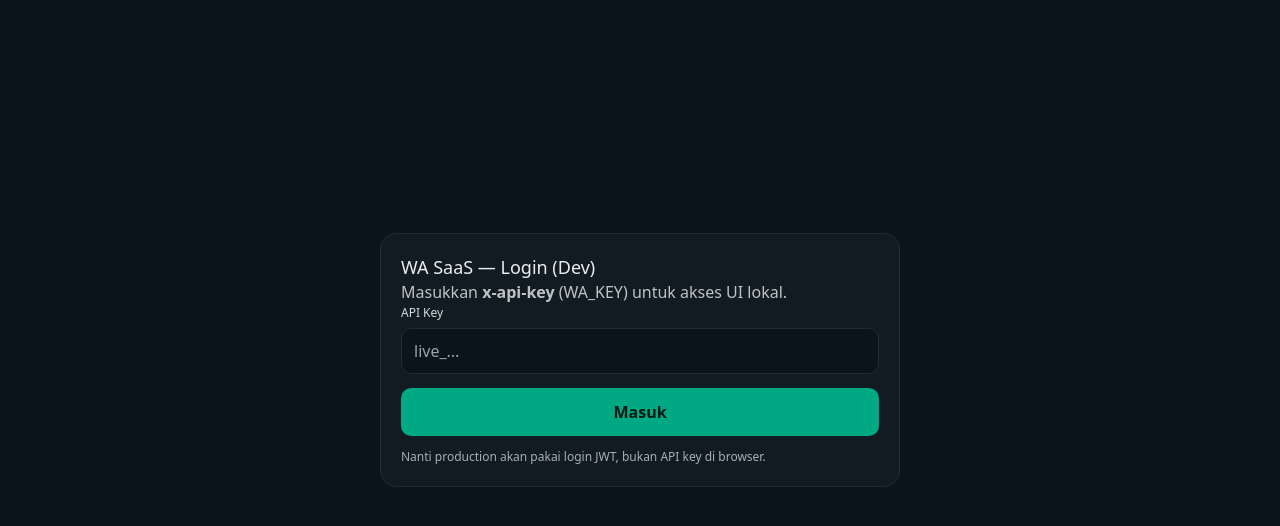
Repository: Radhityasofwan/wasaas
Page: / (app in apps/web/)
These files come from the project's save history. The page is drawn as it stood at one moment and after the next save; the edit follows.
The browser window is 1280 px wide. The pictures show the whole page.
The project was rebuilt for these pictures with package versions that can differ from the ones it lists, and the page was loaded fresh each time. Also part of the build but not shown: apps/web/vite.config.ts, apps/web/src/pages/Sessions.tsx, apps/web/src/pages/Inbox.tsx, apps/web/src/pages/Webhooks.tsx, apps/web/src/lib/fmt.ts, apps/web/src/pages/Broadcast.tsx, apps/web/src/pages/Leads.tsx, apps/web/src/pages/ApiKeys.tsx and 4 more.

Above is the page before, as saved 2026-02-23 22:36:32.

### apps/web/src/main.tsx
import ReactDOM from "react-dom/client";
import { BrowserRouter } from "react-router-dom";
import App from "./App";
import "./index.css";

ReactDOM.createRoot(document.getElementById("root")!).render(
  <BrowserRouter>
    <App />
  </BrowserRouter>
);

### apps/web/src/App.tsx
import { Link, Navigate, Route, Routes, useNavigate, useLocation } from "react-router-dom";
import Login from "./pages/Login";
import Sessions from "./pages/Sessions";
import Inbox from "./pages/Inbox";
import Webhooks from "./pages/Webhooks";
import Broadcast from "./pages/Broadcast";
import Leads from "./pages/Leads";
import ApiKeys from "./pages/ApiKeys";
import AutoReply from "./pages/AutoReply"; // IMPORT HALAMAN BARU
import Admin from "./pages/Admin";
import Docs from "./pages/Docs";
import { clearApiKey, getApiKey } from "./lib/api";

function RequireKey({ children }: { children: any }) {
  const key = getApiKey();
  if (!key) return <Navigate to="/login" replace />;
  return children;
}

function Shell({ children }: { children: any }) {
  const nav = useNavigate();
  const loc = useLocation();

  const menu = [
    { name: "Inbox", path: "/", icon: "💬" },
    { name: "Sessions", path: "/sessions", icon: "📱" },
    { name: "Broadcast", path: "/broadcast", icon: "📢" },
    { name: "Leads", path: "/leads", icon: "🎯" },
    { name: "Auto Reply", path: "/auto-reply", icon: "🤖" }, // MENU BARU
    { name: "API Keys", path: "/api-keys", icon: "🔑" },
    { name: "Webhooks", path: "/webhooks", icon: "⚡" },
    { name: "Admin", path: "/admin", icon: "⚙️" },
    { name: "API Docs", path: "/docs", icon: "📚" },
  ];

  // Liquid Glass iOS Aesthetic Wrapper
  return (
    <div className="min-h-screen w-full font-sans text-slate-800 bg-[#f4f7fb] relative overflow-hidden"
         style={{
           // Soft liquid mesh background (iOS modern bright aesthetic)
           backgroundImage: `
             radial-gradient(at 0% 0%, hsla(215,100%,92%,1) 0px, transparent 50%),
             radial-gradient(at 100% 0%, hsla(275,100%,92%,1) 0px, transparent 50%),
             radial-gradient(at 100% 100%, hsla(335,100%,92%,1) 0px, transparent 50%),
             radial-gradient(at 0% 100%, hsla(165,100%,92%,1) 0px, transparent 50%)
           `
         }}>

      {/* Abstract Blur Orbs for Liquid effect behind the glass */}
      <div className="absolute top-[-15%] left-[-5%] w-[30rem] h-[30rem] bg-blue-400/30 rounded-full mix-blend-multiply blur-[100px] pointer-events-none"></div>
      <div className="absolute top-[-10%] right-[-10%] w-[35rem] h-[35rem] bg-purple-400/20 rounded-full mix-blend-multiply blur-[120px] pointer-events-none"></div>
      <div className="absolute bottom-[-20%] left-[20%] w-[30rem] h-[30rem] bg-teal-300/20 rounded-full mix-blend-multiply blur-[100px] pointer-events-none"></div>

      <div className="relative z-10 flex h-screen p-4 md:p-6 gap-6">

        {/* Sidebar - Frosted Glass Panel */}
        <aside className="w-[280px] flex flex-col rounded-[2rem] bg-white/40 border border-white/60 backdrop-blur-2xl shadow-[0_8px_32px_0_rgba(31,38,135,0.06)] overflow-hidden">
          <div className="p-6 pb-4">
            <div className="flex items-center gap-3">
              <div className="w-10 h-10 rounded-2xl bg-gradient-to-br from-blue-500 to-indigo-600 shadow-lg shadow-blue-500/30 flex items-center justify-center text-white">
                {/* WA Icon */}
                <svg width="20" height="20" viewBox="0 0 24 24" fill="none" stroke="currentColor" strokeWidth="2" strokeLinecap="round" strokeLinejoin="round"><path d="M21 15a2 2 0 0 1-2 2H7l-4 4V5a2 2 0 0 1 2-2h14a2 2 0 0 1 2 2z"></path></svg>
              </div>
              <h1 className="text-xl font-extrabold bg-clip-text text-transparent bg-gradient-to-r from-slate-800 to-slate-500 tracking-tight">
                WA SaaS
              </h1>
            </div>
          </div>

          <nav className="flex-1 overflow-y-auto px-4 py-2 space-y-2 scrollbar-hide">
            {menu.map(item => {
              const isActive = loc.pathname === item.path;
              return (
                <Link
                  key={item.path}
                  to={item.path}
                  className={`flex items-center gap-3 px-4 py-3 rounded-2xl text-sm font-semibold transition-all duration-300 outline-none ${
                    isActive
                      ? "bg-white/80 text-blue-700 shadow-sm border border-white/50"
                      : "text-slate-600 hover:text-slate-900 hover:bg-white/50 border border-transparent"
                  }`}
                >
                  <span className="text-lg opacity-90">{item.icon}</span>
                  {item.name}
                </Link>
              );
            })}
          </nav>

          <div className="p-5">
            <button
              onClick={() => { clearApiKey(); nav("/login"); }}
              className="w-full py-3 px-4 flex items-center justify-center gap-2 rounded-2xl text-sm font-bold text-rose-500 bg-white/40 hover:bg-rose-50 border border-white/50 hover:border-rose-200 transition-all duration-300 shadow-sm backdrop-blur-md outline-none cursor-pointer"
            >
              <svg width="18" height="18" viewBox="0 0 24 24" fill="none" stroke="currentColor" strokeWidth="2.5" strokeLinecap="round" strokeLinejoin="round"><path d="M9 21H5a2 2 0 0 1-2-2V5a2 2 0 0 1 2-2h4"></path><polyline points="16 17 21 12 16 7"></polyline><line x1="21" y1="12" x2="9" y2="12"></line></svg>
              Keluar
            </button>
          </div>
        </aside>

        {/* Main Content Pane - Frosted Glass Container */}
        <main className="flex-1 rounded-[2.5rem] bg-white/50 border border-white/60 backdrop-blur-3xl shadow-[0_8px_32px_0_rgba(31,38,135,0.05)] overflow-hidden flex flex-col relative">
            {/* Top Light Reflection Edge (Liquid details) */}
            <div className="absolute top-0 inset-x-0 h-[2px] bg-gradient-to-r from-transparent via-white to-transparent opacity-80 z-20 pointer-events-none"></div>

            <div className="flex-1 overflow-auto p-4 md:p-8 scrollbar-hide relative z-10">
              {children}
            </div>
        </main>

      </div>
    </div>
  );
}

export default function App() {
  return (
    <Routes>
      <Route path="/login" element={<Login />} />
      <Route path="/*" element={
        <RequireKey>
          <Shell>
            <Routes>
              <Route path="/" element={<Inbox />} />
              <Route path="/sessions" element={<Sessions />} />
              <Route path="/broadcast" element={<Broadcast />} />
              <Route path="/leads" element={<Leads />} />
              <Route path="/auto-reply" element={<AutoReply />} /> {/* ROUTE BARU */}
              <Route path="/api-keys" element={<ApiKeys />} />
              <Route path="/webhooks" element={<Webhooks />} />
              <Route path="/admin" element={<Admin />} />
              <Route path="/docs" element={<Docs />} />
            </Routes>
          </Shell>
        </RequireKey>
      } />
    </Routes>
  );
}

### apps/web/src/index.css
@tailwind base;
@tailwind components;
@tailwind utilities;

@layer base {
  html, body, #root {
    height: 100%;
    @apply antialiased;
  }

  /* Custom Thin Scrollbar for iOS feel */
  ::-webkit-scrollbar {
    width: 5px;
    height: 5px;
  }

  ::-webkit-scrollbar-track {
    background: transparent;
  }

  ::-webkit-scrollbar-thumb {
    @apply bg-slate-300/50 rounded-full;
  }

  ::-webkit-scrollbar-thumb:hover {
    @apply bg-slate-400/50;
  }

  /* Hide scrollbar for specific elements */
  .scrollbar-hide::-webkit-scrollbar {
    display: none;
  }
}

.glass-card {
  @apply bg-white/40 backdrop-blur-xl border border-white/60 shadow-sm;
}

.glass-input {
  @apply bg-white/50 border border-white/60 focus:bg-white/80 focus:border-blue-400/50 transition-all duration-300 outline-none;
}

### apps/web/src/pages/Login.tsx
import { useState } from "react";
import { getApiKey, setApiKey } from "../lib/api";
import { useNavigate } from "react-router-dom";

export default function Login() {
  const nav = useNavigate();
  const [key, setKey] = useState(getApiKey());
  const [err, setErr] = useState<string | null>(null);

  return (
    <div style={{ minHeight: "100vh", display: "grid", placeItems: "center", padding: 24, background: "#0b141a", color: "#e9edef" }}>
      <div style={{ width: "min(520px, 100%)", background: "#111b21", border: "1px solid #1f2c33", borderRadius: 16, padding: 20 }}>
        <h1 style={{ margin: 0, fontSize: 18 }}>WA SaaS — Login (Dev)</h1>
        <p style={{ opacity: 0.8, lineHeight: 1.4 }}>
          Masukkan <b>x-api-key</b> (WA_KEY) untuk akses UI lokal.
        </p>

        <label style={{ display: "block", fontSize: 12, opacity: 0.9, marginBottom: 6 }}>API Key</label>
        <input
          value={key}
          onChange={(e) => setKey(e.target.value)}
          placeholder="live_..."
          style={{ width: "100%", padding: "10px 12px", borderRadius: 10, border: "1px solid #1f2c33", background: "#0b141a", color: "#e9edef" }}
        />

        {err && <div style={{ marginTop: 12, color: "#ff6b6b", fontSize: 13 }}>{err}</div>}

        <button
          onClick={() => {
            try {
              setErr(null);
              if (!key.trim().startsWith("live_")) throw new Error("API key tidak valid (harus diawali live_)");
              setApiKey(key);
              nav("/");
            } catch (e: any) {
              setErr(e?.message || "error");
            }
          }}
          style={{ marginTop: 14, width: "100%", padding: 12, borderRadius: 10, border: "none", background: "#00a884", color: "#001a12", fontWeight: 700 }}
        >
          Masuk
        </button>

        <div style={{ marginTop: 12, fontSize: 12, opacity: 0.7 }}>
          Nanti production akan pakai login JWT, bukan API key di browser.
        </div>
      </div>
    </div>
  );
}

### apps/web/src/lib/api.ts
export function getApiKey(): string {
  return localStorage.getItem("WA_KEY") || "";
}

export function setApiKey(key: string) {
  localStorage.setItem("WA_KEY", key);
}

export function clearApiKey() {
  localStorage.removeItem("WA_KEY");
}

/**
 * apiFetch: gunakan path absolute dari FE:
 * - untuk UI API:  /ui/...
 * - untuk other API: /api/... (kalau kamu pakai prefix proxy)
 *
 * Vite proxy:
 *  /ui  -> http://localhost:3001/ui
 *  /api -> http://localhost:3001 (rewrite /api -> /)
 */
export async function apiFetch<T>(path: string, init: RequestInit = {}): Promise<T> {
  const headers = new Headers(init.headers || {});
  const key = getApiKey();
  if (key) headers.set("x-api-key", key);

  // default json for non-formdata
  if (!headers.get("Content-Type") && !(init.body instanceof FormData)) {
    headers.set("Content-Type", "application/json");
  }

  const res = await fetch(path, { ...init, headers });
  const isJson = (res.headers.get("content-type") || "").includes("application/json");
  const data: any = isJson ? await res.json() : await res.text();

  if (!res.ok) throw new Error(data?.error || data || `HTTP ${res.status}`);
  return data as T;
}

Loaded but not shown: apps/web/index.html (common file)

After the next save:
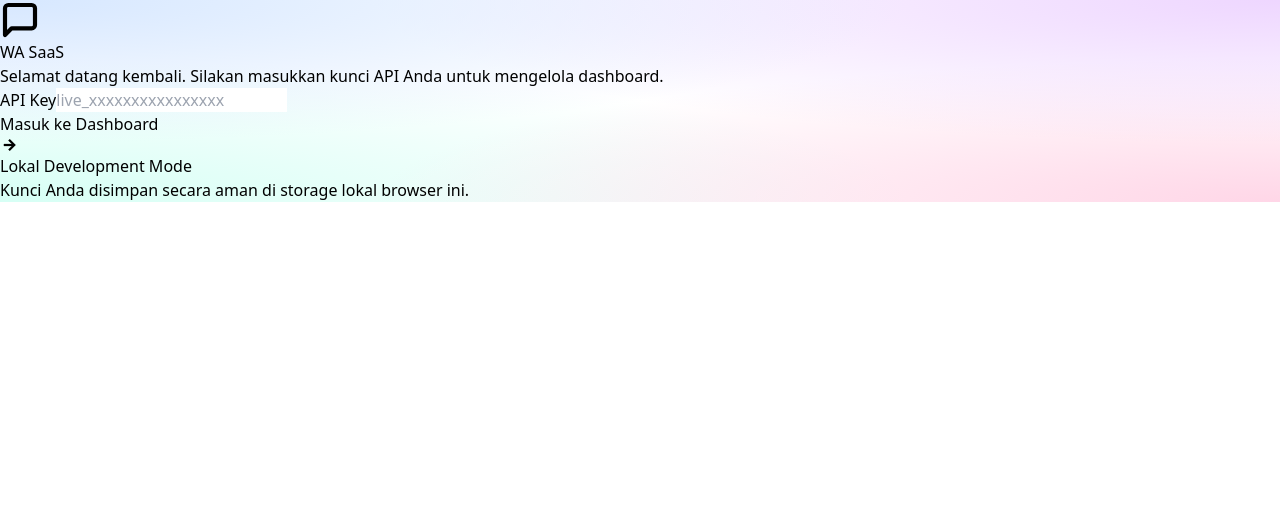
Saved 48 s later.
--- a/apps/web/src/pages/Login.tsx
+++ b/apps/web/src/pages/Login.tsx
@@ -1,48 +1,120 @@
 import { useState } from "react";
-import { getApiKey, setApiKey } from "../lib/api";
 import { useNavigate } from "react-router-dom";
+
+/**
+ * Karena lingkungan pratinjau Canvas memerlukan kemandirian kode,
+ * kita definisikan helper API secara lokal agar tidak terjadi error import.
+ */
+const getApiKey = (): string => {
+  if (typeof window !== "undefined") {
+    return localStorage.getItem("WA_KEY") || "";
+  }
+  return "";
+};
+
+const setApiKey = (key: string) => {
+  if (typeof window !== "undefined") {
+    localStorage.setItem("WA_KEY", key);
+  }
+};
 
 export default function Login() {
   const nav = useNavigate();
   const [key, setKey] = useState(getApiKey());
   const [err, setErr] = useState<string | null>(null);
 
+  const handleLogin = () => {
+    try {
+      setErr(null);
+      const cleanKey = key.trim();
+
+      if (!cleanKey.startsWith("live_")) {
+        throw new Error("API key tidak valid (harus diawali live_)");
+      }
+
+      setApiKey(cleanKey);
+
+      // Memberikan feedback visual sebelum navigasi
+      setTimeout(() => {
+        nav("/");
+      }, 500);
+
+    } catch (e: any) {
+      setErr(e?.message || "Terjadi kesalahan saat masuk");
+    }
+  };
+
   return (
-    <div style={{ minHeight: "100vh", display: "grid", placeItems: "center", padding: 24, background: "#0b141a", color: "#e9edef" }}>
-      <div style={{ width: "min(520px, 100%)", background: "#111b21", border: "1px solid #1f2c33", borderRadius: 16, padding: 20 }}>
-        <h1 style={{ margin: 0, fontSize: 18 }}>WA SaaS — Login (Dev)</h1>
-        <p style={{ opacity: 0.8, lineHeight: 1.4 }}>
-          Masukkan <b>x-api-key</b> (WA_KEY) untuk akses UI lokal.
-        </p>
+    <div className="min-h-screen w-full flex items-center justify-center p-6 relative overflow-hidden bg-[#f4f7fb]"
+         style={{
+           backgroundImage: `
+             radial-gradient(at 0% 0%, hsla(215,100%,92%,1) 0px, transparent 50%),
+             radial-gradient(at 100% 0%, hsla(275,100%,92%,1) 0px, transparent 50%),
+             radial-gradient(at 100% 100%, hsla(335,100%,92%,1) 0px, transparent 50%),
+             radial-gradient(at 0% 100%, hsla(165,100%,92%,1) 0px, transparent 50%)
+           `
+         }}>
 
-        <label style={{ display: "block", fontSize: 12, opacity: 0.9, marginBottom: 6 }}>API Key</label>
-        <input
-          value={key}
-          onChange={(e) => setKey(e.target.value)}
-          placeholder="live_..."
-          style={{ width: "100%", padding: "10px 12px", borderRadius: 10, border: "1px solid #1f2c33", background: "#0b141a", color: "#e9edef" }}
-        />
+      {/* Background Orbs dengan efek Liquid Blur */}
+      <div className="absolute top-[-10%] left-[-10%] w-[35rem] h-[35rem] bg-blue-400/20 rounded-full blur-[120px] pointer-events-none animate-pulse"></div>
+      <div className="absolute bottom-[-10%] right-[-10%] w-[35rem] h-[35rem] bg-purple-400/20 rounded-full blur-[120px] pointer-events-none"></div>
 
-        {err && <div style={{ marginTop: 12, color: "#ff6b6b", fontSize: 13 }}>{err}</div>}
+      <div className="w-full max-w-[440px] relative z-10">
+        <div className="bg-white/40 backdrop-blur-2xl border border-white/60 rounded-[3rem] p-8 md:p-12 shadow-[0_20px_60px_rgba(31,38,135,0.08)]">
 
-        <button
-          onClick={() => {
-            try {
-              setErr(null);
-              if (!key.trim().startsWith("live_")) throw new Error("API key tidak valid (harus diawali live_)");
-              setApiKey(key);
-              nav("/");
-            } catch (e: any) {
-              setErr(e?.message || "error");
-            }
-          }}
-          style={{ marginTop: 14, width: "100%", padding: 12, borderRadius: 10, border: "none", background: "#00a884", color: "#001a12", fontWeight: 700 }}
-        >
-          Masuk
-        </button>
+          <div className="flex flex-col items-center mb-10 text-center">
+            <div className="w-20 h-20 rounded-3xl bg-gradient-to-br from-blue-500 to-indigo-600 shadow-2xl shadow-blue-500/30 flex items-center justify-center text-white mb-6 transform rotate-3 hover:rotate-0 transition-transform duration-500">
+              <svg width="40" height="40" viewBox="0 0 24 24" fill="none" stroke="currentColor" strokeWidth="2.5" strokeLinecap="round" strokeLinejoin="round">
+                <path d="M21 15a2 2 0 0 1-2 2H7l-4 4V5a2 2 0 0 1 2-2h14a2 2 0 0 1 2 2z"></path>
+              </svg>
+            </div>
+            <h1 className="text-3xl font-black text-slate-800 tracking-tighter mb-2">WA SaaS</h1>
+            <div className="h-1 w-12 bg-blue-500/20 rounded-full mb-4"></div>
+            <p className="text-slate-500 text-sm font-medium leading-relaxed">
+              Selamat datang kembali. Silakan masukkan kunci API Anda untuk mengelola dashboard.
+            </p>
+          </div>
 
-        <div style={{ marginTop: 12, fontSize: 12, opacity: 0.7 }}>
-          Nanti production akan pakai login JWT, bukan API key di browser.
+          <div className="space-y-6">
+            <div className="relative">
+              <label className="block text-[10px] font-black text-slate-400 mb-2 ml-4 uppercase tracking-[0.2em]">API Key</label>
+              <input
+                type="password"
+                value={key}
+                onChange={(e) => setKey(e.target.value)}
+                onKeyDown={(e) => e.key === 'Enter' && handleLogin()}
+                placeholder="live_xxxxxxxxxxxxxxxx"
+                className="w-full px-6 py-5 rounded-[2rem] bg-white/70 border border-white/80 backdrop-blur-md text-slate-700 placeholder-slate-300 focus:bg-white/90 focus:ring-[10px] focus:ring-blue-500/5 focus:border-blue-400/50 outline-none transition-all duration-500 shadow-sm text-sm font-mono"
+              />
+            </div>
+
+            {err && (
+              <div className="bg-rose-50/60 border border-rose-100 text-rose-600 px-6 py-4 rounded-2xl text-[11px] font-bold flex items-center gap-3 animate-in fade-in slide-in-from-top-2 duration-300">
+                <span className="flex-shrink-0 w-4 h-4 rounded-full bg-rose-500 text-white flex items-center justify-center text-[8px]">!</span>
+                {err}
+              </div>
+            )}
+
+            <button
+              onClick={handleLogin}
+              className="group w-full py-5 rounded-[2rem] bg-gradient-to-r from-blue-600 to-indigo-600 text-white font-extrabold text-sm shadow-xl shadow-blue-600/20 hover:shadow-blue-600/40 hover:scale-[1.03] active:scale-[0.97] transition-all duration-500 relative overflow-hidden"
+            >
+              <span className="relative z-10 flex items-center justify-center gap-2">
+                Masuk ke Dashboard
+                <svg className="group-hover:translate-x-1 transition-transform duration-300" width="18" height="18" viewBox="0 0 24 24" fill="none" stroke="currentColor" strokeWidth="3"><line x1="5" y1="12" x2="19" y2="12"></line><polyline points="12 5 19 12 12 19"></polyline></svg>
+              </span>
+              <div className="absolute inset-0 bg-gradient-to-r from-transparent via-white/10 to-transparent translate-x-[-100%] group-hover:translate-x-[100%] transition-transform duration-1000"></div>
+            </button>
+          </div>
+
+          <div className="mt-10 pt-8 border-t border-slate-200/20 text-center">
+            <p className="text-[10px] text-slate-400 font-bold uppercase tracking-widest">
+              Lokal Development Mode
+            </p>
+            <p className="text-[9px] text-slate-300 mt-1">
+              Kunci Anda disimpan secara aman di storage lokal browser ini.
+            </p>
+          </div>
         </div>
       </div>
     </div>
